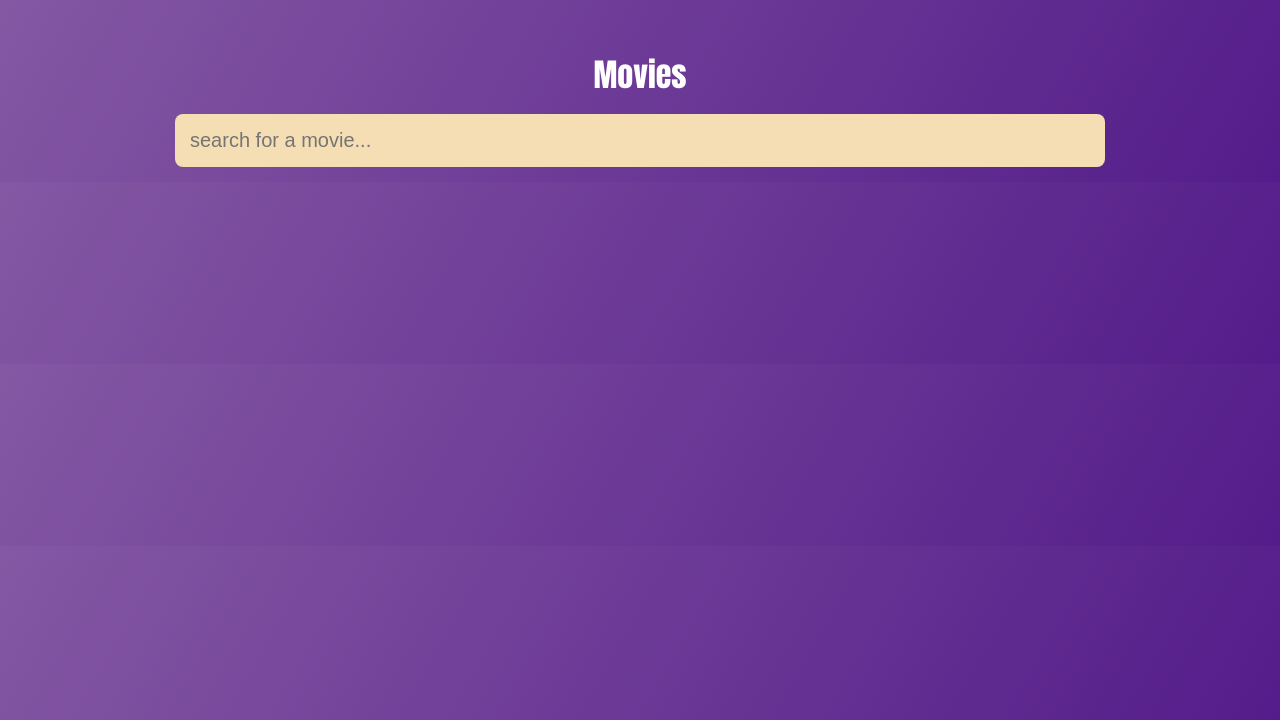
Repository: KLM94/moviedb
Page: /
The author's editor kept a copy of each file at every save. The page is drawn from the files as they stood at one save, then again after the next save.
The browser window is 1280 px wide. The pictures show the whole page.
The first visible `.searchbox` has the focus.
The project was rebuilt for these pictures with package versions that can differ from the ones it lists, and the page was loaded fresh each time.

Above is the page before, as saved 2020-09-16 15:34:56.

After the next save:
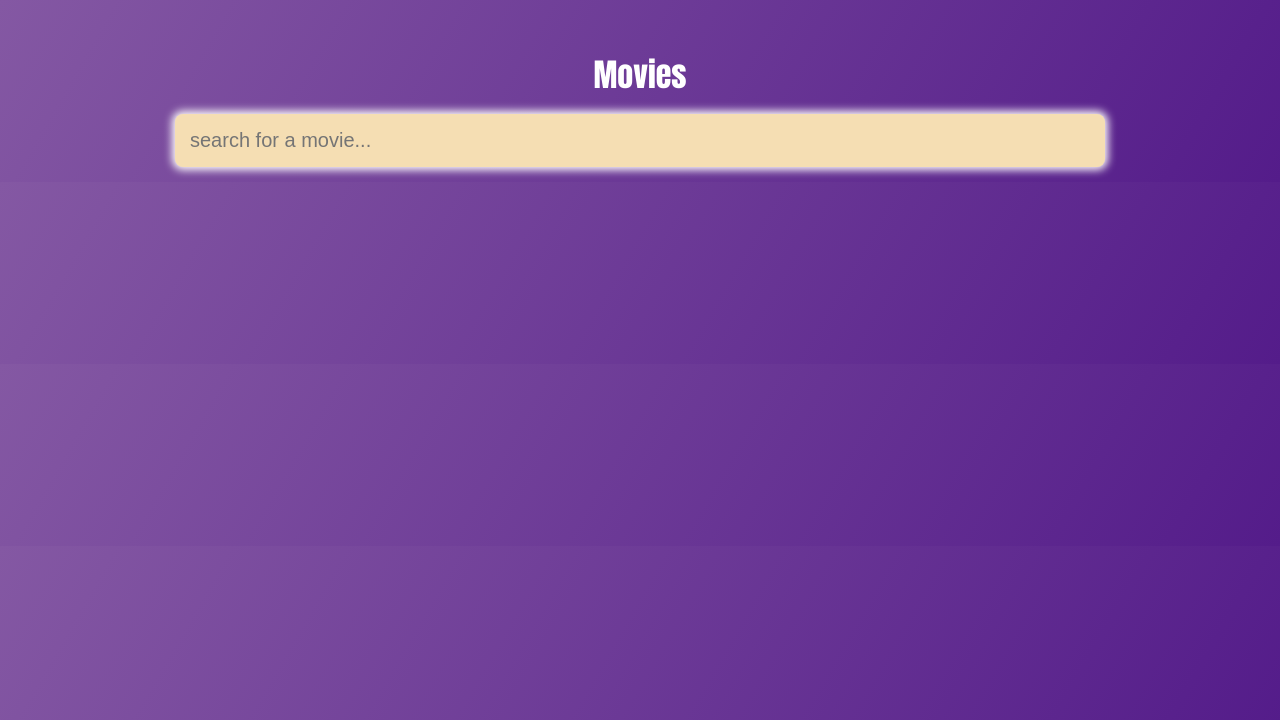
Saved 18 s later.
--- a/src/index.css
+++ b/src/index.css
@@ -50,5 +50,5 @@ section {
 }
 
 .searchbox:focus {
-  box-shadow: 0px 0px 8px 3px #white;
+  box-shadow: 0px 0px 8px 3px white;
 }
